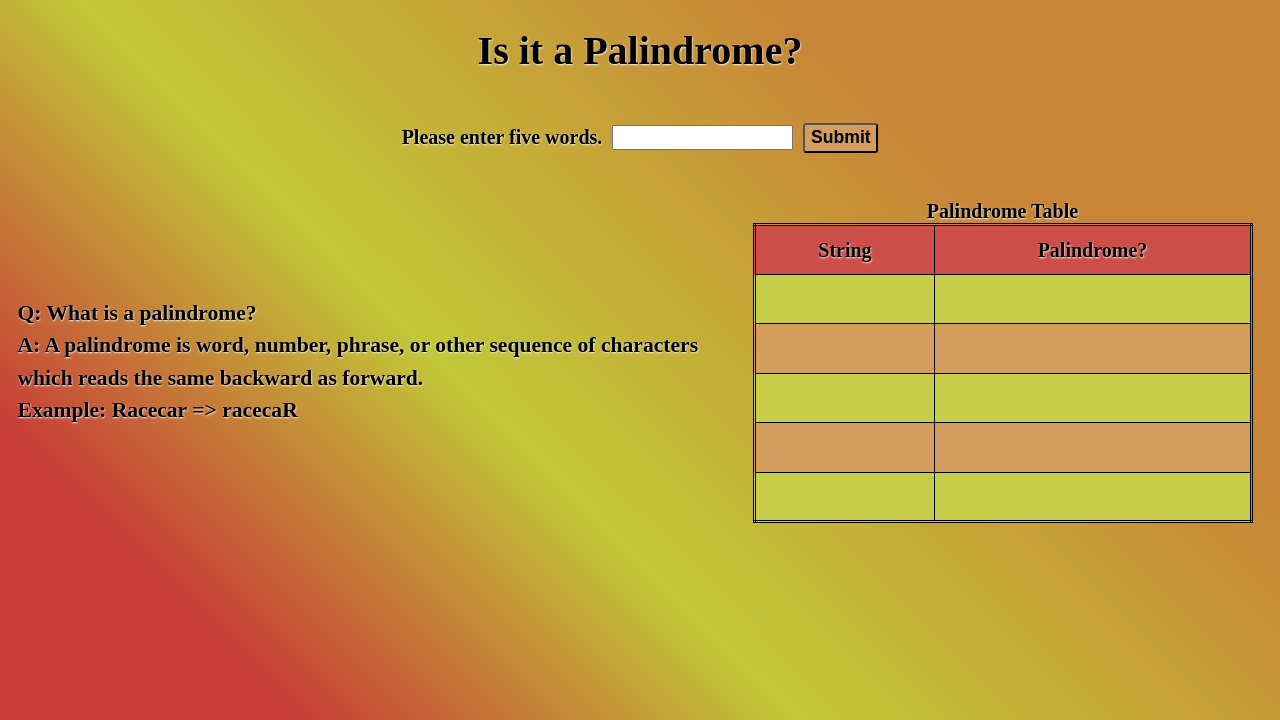
Repository: mlmEFSC21/P18-Palindrome-Table
Page: palindrome.html
The author's editor kept a copy of each file at every save. The page is drawn from the files as they stood at one save, then again after the next save.
The browser window is 1280 px wide. The pictures show the whole page.

Above is the page before, as saved 2022-04-04 18:19:30.

After the next save:
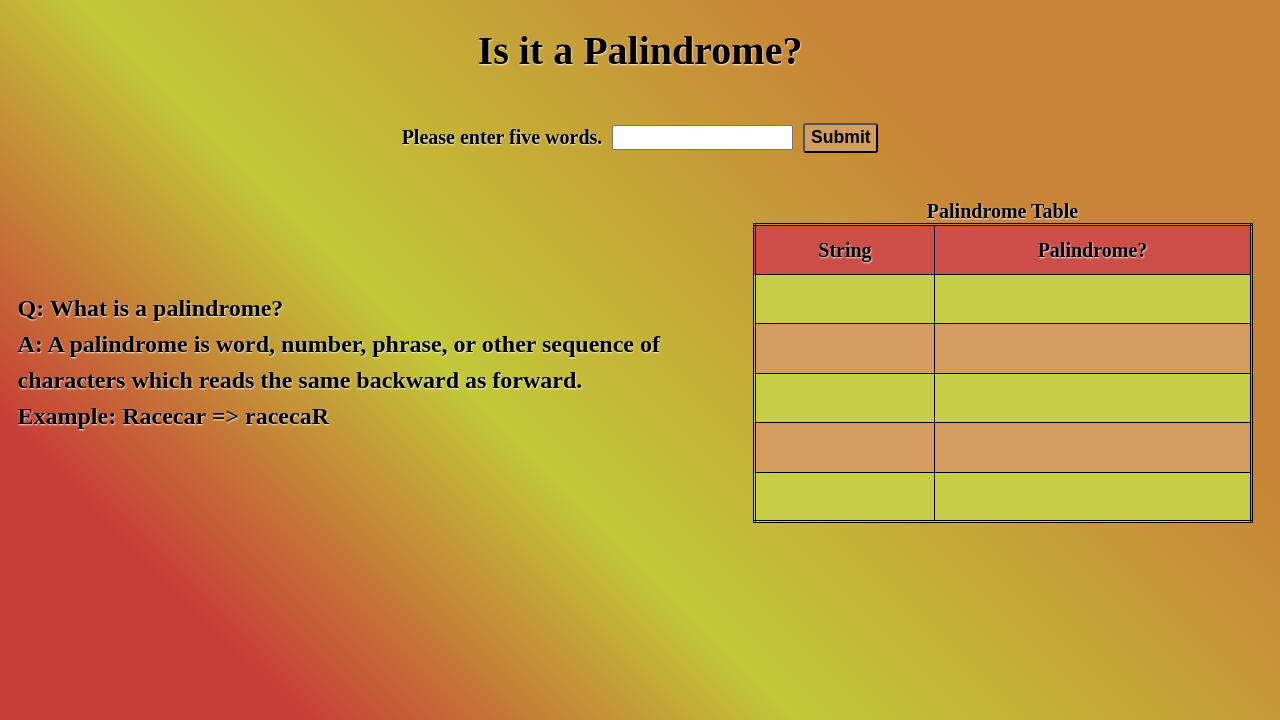
Saved 6 s later.
--- a/palindrome.css
+++ b/palindrome.css
@@ -62,7 +62,7 @@ button:hover {
     flex-wrap: wrap;
     flex-basis: 720px;
     line-height: 1.5;
-    font-size: 1.35rem;
+    font-size: 1.5rem;
     font-weight: 900;
 }
 table {
